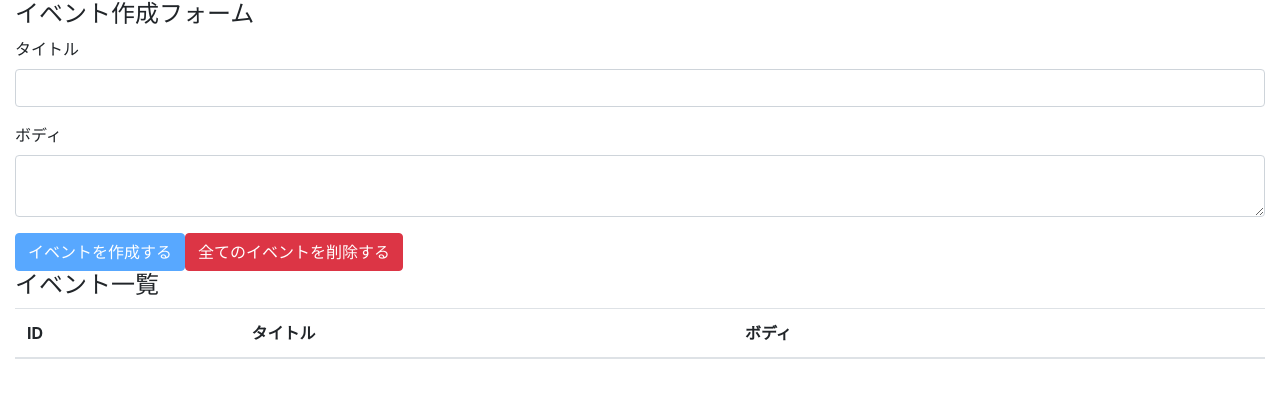
Repository: sie-fufu/react-hooks-101
Page: /
These files come from the project's save history. The page is drawn as it stood at one moment and after the next save; the edit follows.
The browser window is 1280 px wide. The pictures show the whole page.
The project was rebuilt for these pictures with package versions that can differ from the ones it lists, and the page was loaded fresh each time. Also part of the build but not shown: src/components/Event.js.

Above is the page before, as saved 2022-01-12 23:19:24.

After the next save:
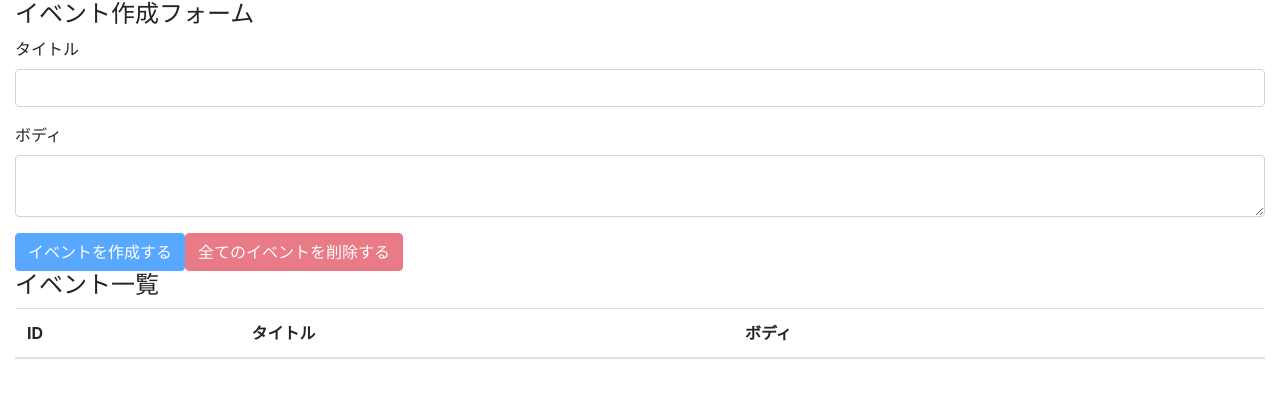
Saved 3 min 48 s later.
--- a/src/components/App.js
+++ b/src/components/App.js
@@ -60,7 +60,11 @@ const App = () => {
         >
           イベントを作成する
         </button>
-        <button className="btn btn-danger" onClick={deleteAllEvents}>
+        <button
+          className="btn btn-danger"
+          onClick={deleteAllEvents}
+          disabled={state.length === 0}
+        >
           全てのイベントを削除する
         </button>
       </form>
